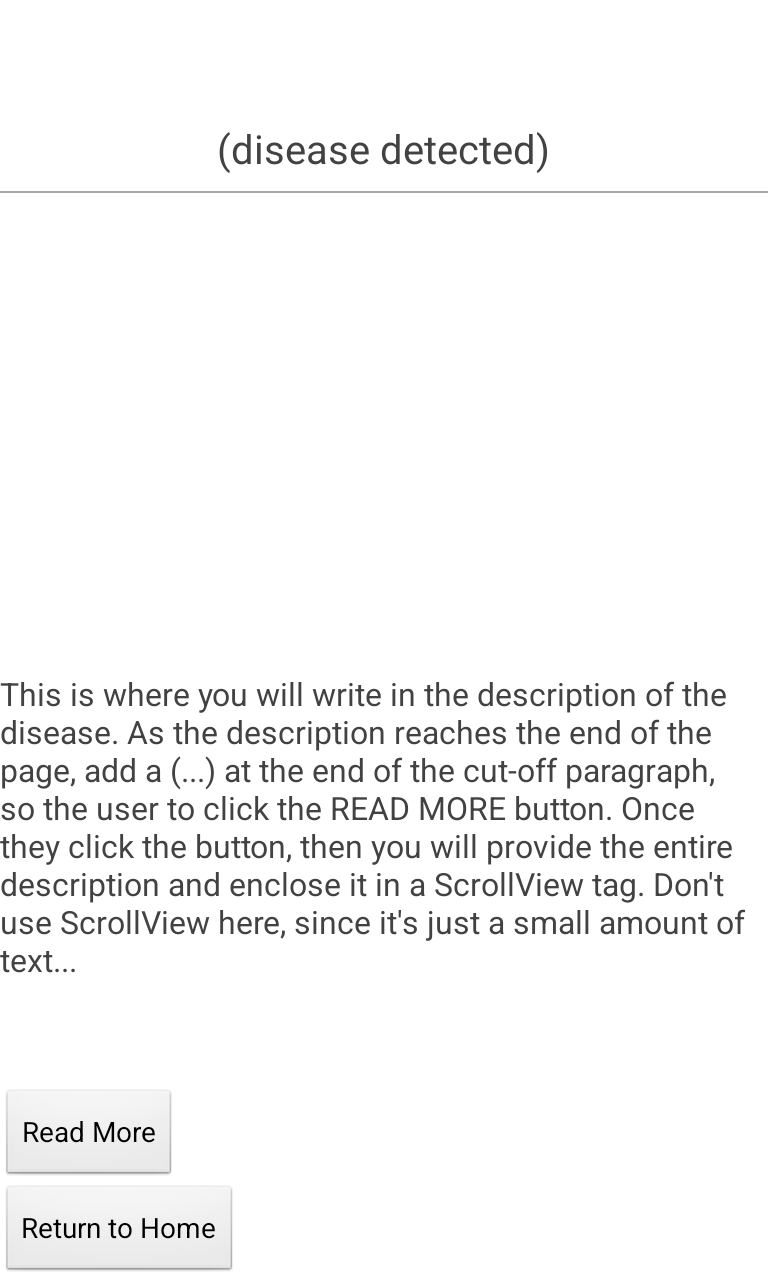
Repository: justnaelin/PhytoSenseIt-app
Layout: PhytoSenseIt/res/layout/activity_results.xml
An editor plug-in stored every save of this project. The layout is shown before and after the next save, followed by the edit.
It is drawn on a 768 x 1280 px phone screen (xhdpi) without system bars, with theme android:Theme.NoTitleBar.Fullscreen; the app's code is not run.

Above is the layout before, as saved 2015-07-29 18:50:54.

After the next save:
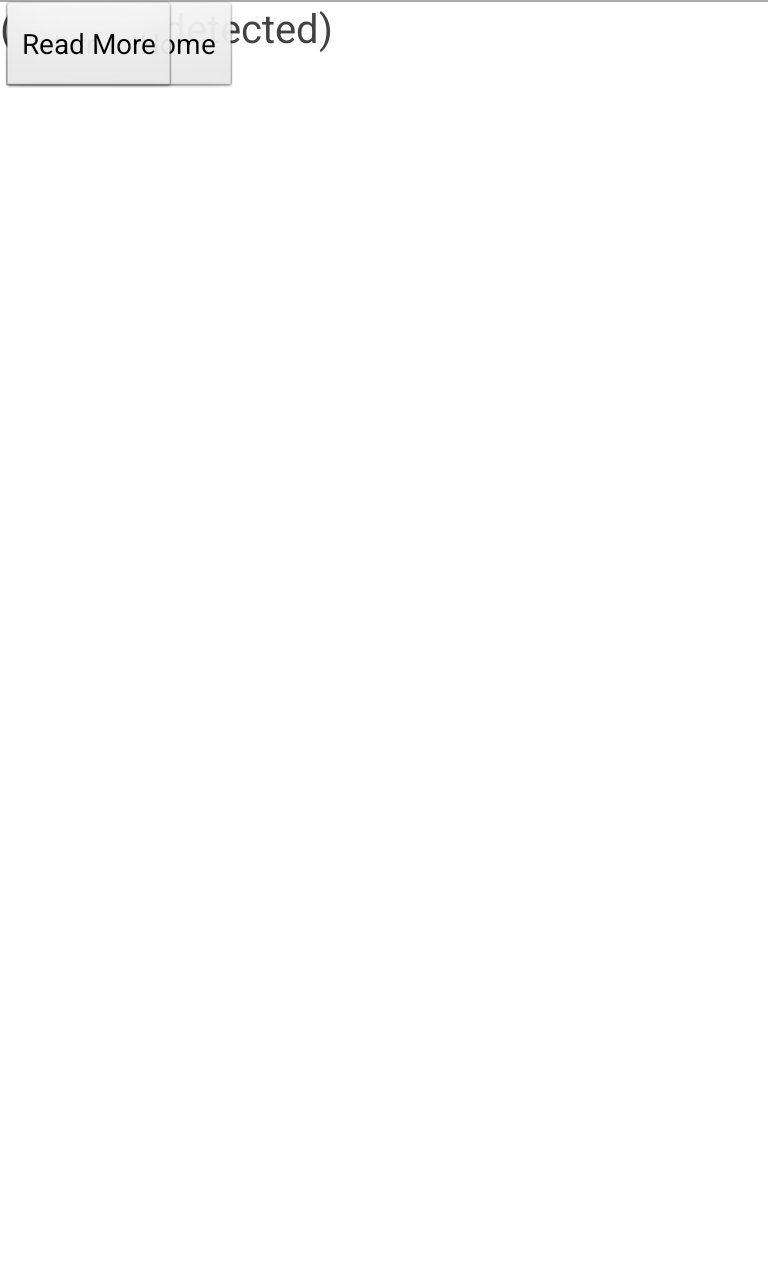
Saved 36 s later.
--- a/PhytoSenseIt/res/layout/activity_results.xml
+++ b/PhytoSenseIt/res/layout/activity_results.xml
@@ -1,4 +1,4 @@
-<LinearLayout xmlns:android="http://schemas.android.com/apk/res/android"
+<RelativeLayout xmlns:android="http://schemas.android.com/apk/res/android"
     xmlns:tools="http://schemas.android.com/tools"
     android:layout_width="match_parent"
     android:layout_height="match_parent"
@@ -50,15 +50,15 @@
         android:textSize="16sp" />
 
     <Button
+        android:id="@+id/return_home"
+        android:layout_width="wrap_content"
+        android:layout_height="wrap_content"
+        android:text="Return to Home" />
+
+    <Button
         android:id="@+id/read_more"
         android:layout_width="wrap_content"
         android:layout_height="wrap_content"
         android:text="Read More" />
 
-    <Button
-        android:id="@+id/return_home"
-        android:layout_width="wrap_content"
-        android:layout_height="wrap_content"
-        android:text="Return to Home" />
-
-</LinearLayout>
+</RelativeLayout>
